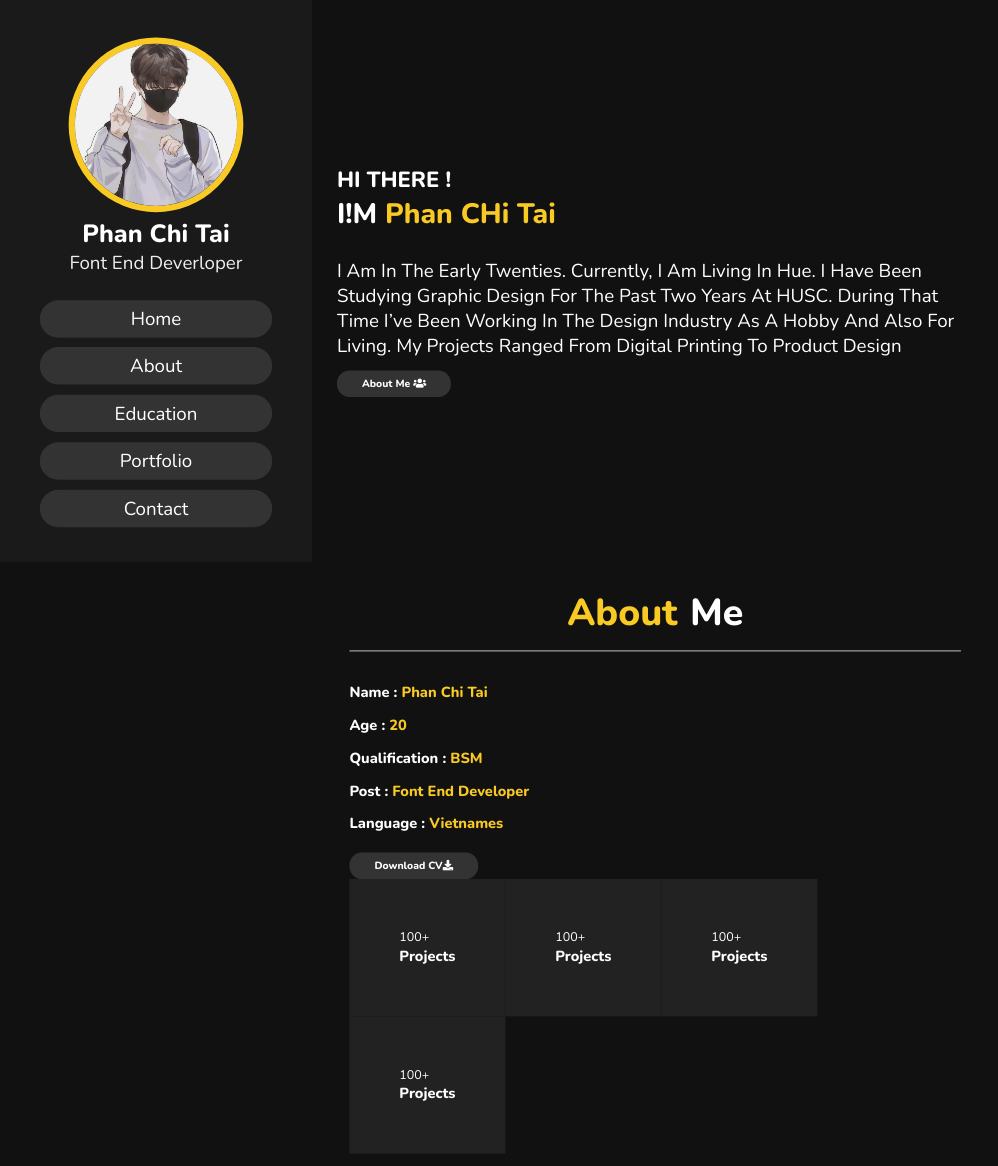
Repository: PCTai/My-profile
Page: index.html
The author's editor kept a copy of each file at every save. The page is drawn from the files as they stood at one save, then again after the next save.
The browser window is 1280 px wide. The pictures show the whole page, at 78% of full size.

Above is the page before, as saved 2021-11-25 21:08:57.

### index.html
<!DOCTYPE html>
<html lang="en">
<head>
    <meta charset="UTF-8">
    <meta http-equiv="X-UA-Compatible" content="IE=edge">
    <meta name="viewport" content="width=device-width, initial-scale=1.0">
    <link rel="preconnect" href="https://fonts.googleapis.com">
    <link rel="preconnect" href="https://fonts.gstatic.com" crossorigin>
    <link href="https://fonts.googleapis.com/css2?family=Nunito:ital,wght@0,400;0,600;0,800;1,200;1,300&display=swap" rel="stylesheet">
    <link rel="stylesheet" href="/assets/font/fontawesome-free-5.15.3-web/css/all.css">

    <link rel="stylesheet" href="/assets/css/style.css">
    <link rel="stylesheet" href="/assets/css/reponsive.css">
    <title>Document</title>
</head>
<body>
    <!-- Header start -->
    <header>
        <div class="user">
            <img src="/assets/imgs/user.jpg" alt="">
            <h3 class="name">Phan Chi Tai</h3>
            <div class="post">Font End Deverloper</div>
        </div>
        <div class="navbar">
            <ul>
                <li><a href="#home">home</a></li>
                <li><a href="#about">About</a></li>
                <li><a href="#education">Education</a></li>
                <li><a href="#portfolio">Portfolio</a></li>
                <li><a href="#contact">Contact</a></li>
            </ul>
        </div>
    </header>
    <!-- Header end -->
    <div id="menu"class="fas fa-bars">
    </div>
    <!-- start home -->
    <section id="home" class="home">

        <h3>HI THERE !</h3>
        <h1>I!M <span>Phan CHi Tai</span></h1>
        <p>I am in the early twenties. Currently, I am living in Hue. I have been studying graphic design for the past two years at  HUSC. During that time I’ve been working in the design industry as a hobby and also for living. My projects ranged from digital printing to product design</p>
        <a href="#about"> <button class="btn">About me <i class="fas fa-users"></i></button></a>


    </section>
    <!-- end home -->
    <!-- start about -->
    <section id="about" class="about">
        <div class="heading"><h1><span>About</span>Me</h1></div>
        <div class="row">
            <div class="info">
                <h3>Name : <span>Phan Chi Tai</span></h3>
                <h3>Age : <span>20</span></h3>
                <h3>Qualification : <span>BSM</span></h3>
                <h3>Post : <span>Font End Developer</span></h3>
                <h3>Language : <span>Vietnames</span></h3>
                <a href="#about"> <button class="btn">Download CV<i class="fas fa-download"></i></button></a>
            </div>
            <div class="counter">
                <div class="box">
                    <span>100+</span>
                    <h3>projects</h3>
                </div>
                <div class="box">
                    <span>100+</span>
                    <h3>projects</h3>
                </div>
                <div class="box">
                    <span>100+</span>
                    <h3>projects</h3>
                </div>
                <div class="box">
                    <span>100+</span>
                    <h3>projects</h3>
                </div>
            </div>
        </div>
    </section>
    <!-- end about -->
    <script src="/app.js"></script>
</body>
</html>

### assets/css/style.css
:root{
    --yellow: #f9ca24;
}
*{
    font-family: 'Nunito', sans-serif;
    margin: 0;padding: 0;
    box-sizing: border-box;
    text-decoration: none;
    outline: none;border: none;
    text-transform: capitalize;
    transition: all .2s linear;
}
html{
    font-size: 62,5%;
    overflow: hidden;
}
::selection{
    background-color: var(--yellow);
    color: #333;

}
html::-webkit-scrollbar{
    width: 1rem;
}
html::-webkit-scrollbar-track{
    background-color: #333;
}
html::-webkit-scrollbar-thumb{
    background-color: var(--yellow);
}
body{
    padding-left: 25rem;
    background: #111;
}
header{
    position: fixed;
    top: 0;
    left: 0;
    z-index: 1000;
    height: 100%;
    display: flex;
    flex-direction: column;
    justify-content: center;
    align-items: center;
    width: 25rem;
    background-color: #1a1a1a;
}

.user img{
    margin-top: 2rem;
    height: 14rem;
    width: 14rem;
    border-radius: 50%;
    object-fit: cover;
    border: 0.5rem solid var(--yellow);

}
header .user .name{
    text-align: center;
    font-size: 2rem;
    color: #fff;
}
header .user .post{
    text-align: center;
    font-size: 1.5rem;
    color: #eee;
}
header .navbar ul{
    margin-top: 1rem;
    list-style: none;
    padding: 1rem 3rem;
}
header .navbar ul li a:hover{
    background-color: var(--yellow);
}
header .navbar ul li a{
    display: block;
    padding: 0.5rem 6rem;
   margin-bottom: 0.8rem;
   background-color: #333;
   color: #fff;
   font-size: 1.5rem;
   border-radius: 5rem;
   text-align: center;
   cursor: pointer;
}
#menu:hover{
    color: var(--yellow);
}


#menu{
    position: fixed;
    z-index: 1000;
    top: 1rem;
    right: 1rem;
    color: #fff;
    padding: 1rem;
    background-color: #222;
    font-size: 2rem;
    cursor: pointer;
}
section{
    min-height: 100vh;
    padding: 1rem;
}
/* home */
.home{
    font-size: 1.5rem;
    color: #fff;
    display: flex;
    flex-direction: column;
    padding: 0 2rem;
    justify-content: center;
}
.btn:hover{
    background-color: var(--yellow);
    cursor: pointer;
}
.btn{
    padding: 0.5rem 2rem;
    border-radius: 1rem;
    margin-top: 1rem;
    font-weight: bold;
    background-color: #333;
    color: #fff;
}
.home span{
    color: var(--yellow);
    margin-bottom: 2rem;

}
.home h1{
    margin-bottom: 2rem;

}
/* about */
.about{
    color: #fff;
    margin: 0 2rem;
}
.heading{
    font-size: 2rem;
    text-align: center;
    padding: 1rem;
    border-bottom: 0.1rem solid #eee;

}
.heading span{
    color: var(--yellow);
    padding-right: 1rem;
}
.info span{
    color: var(--yellow);
}
.info h3{
    padding: 0.5rem 0;
}
.row{
    margin-top: 2rem;
    display: flex;
    justify-content: space-between;
    flex-wrap: wrap;

}
.counter{
    display: flex;
    flex-wrap: wrap;

}
.box{
    background-color: #222;
    padding: 4rem;
}

### assets/css/reponsive.css

@media (min-width:1024px){
    #menu{
        display: none;
    }
}
@media (max-width:1024px){
    header{
        left: -125%;
    }
    body{
        padding: 0 2rem;
    }

}
@media (max-width:486px){
    header{
        width: 100vw;
    }

}

### app.js

var menu=document.getElementById('menu');
var header=document.querySelector('header');
menu.onclick=function(e){
    if(this.className=='fas fa-bars'){
        this.classList.remove('fa-bars');
        this.classList.add('fa-times');
        header.style='left:0%';
    }
    else{
        this.classList.remove('fa-times');
        this.classList.add('fa-bars');
        header.style='left:-125%';
    }
};

Loaded but not shown: assets/font/fontawesome-free-5.15.3-web/css/all.css (library)

After the next save:
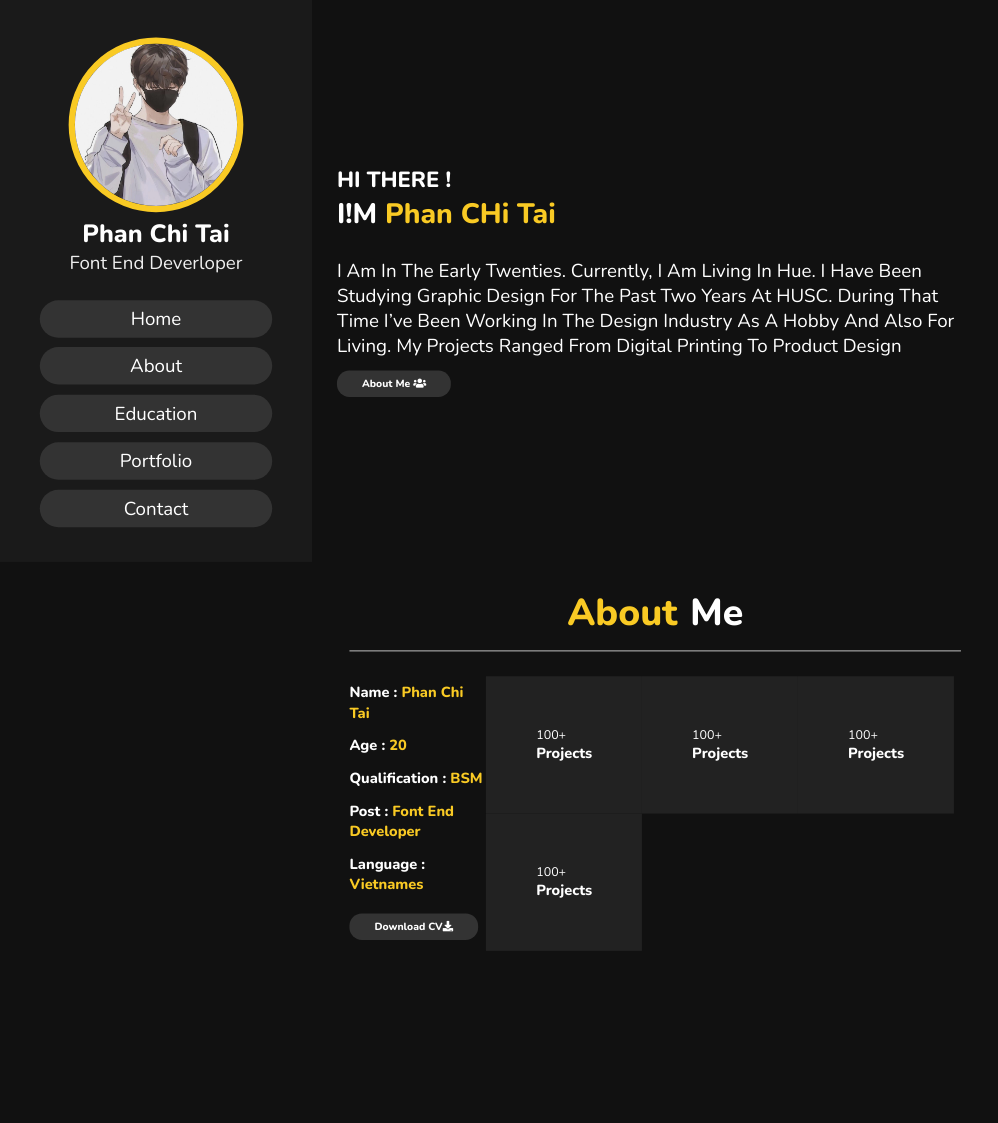
Saved 16 s later.
--- a/assets/css/style.css
+++ b/assets/css/style.css
@@ -160,7 +160,7 @@ section{
     margin-top: 2rem;
     display: flex;
     justify-content: space-between;
-    flex-wrap: wrap;
+    flex-wrap: nowrap;
 
 }
 .counter{
